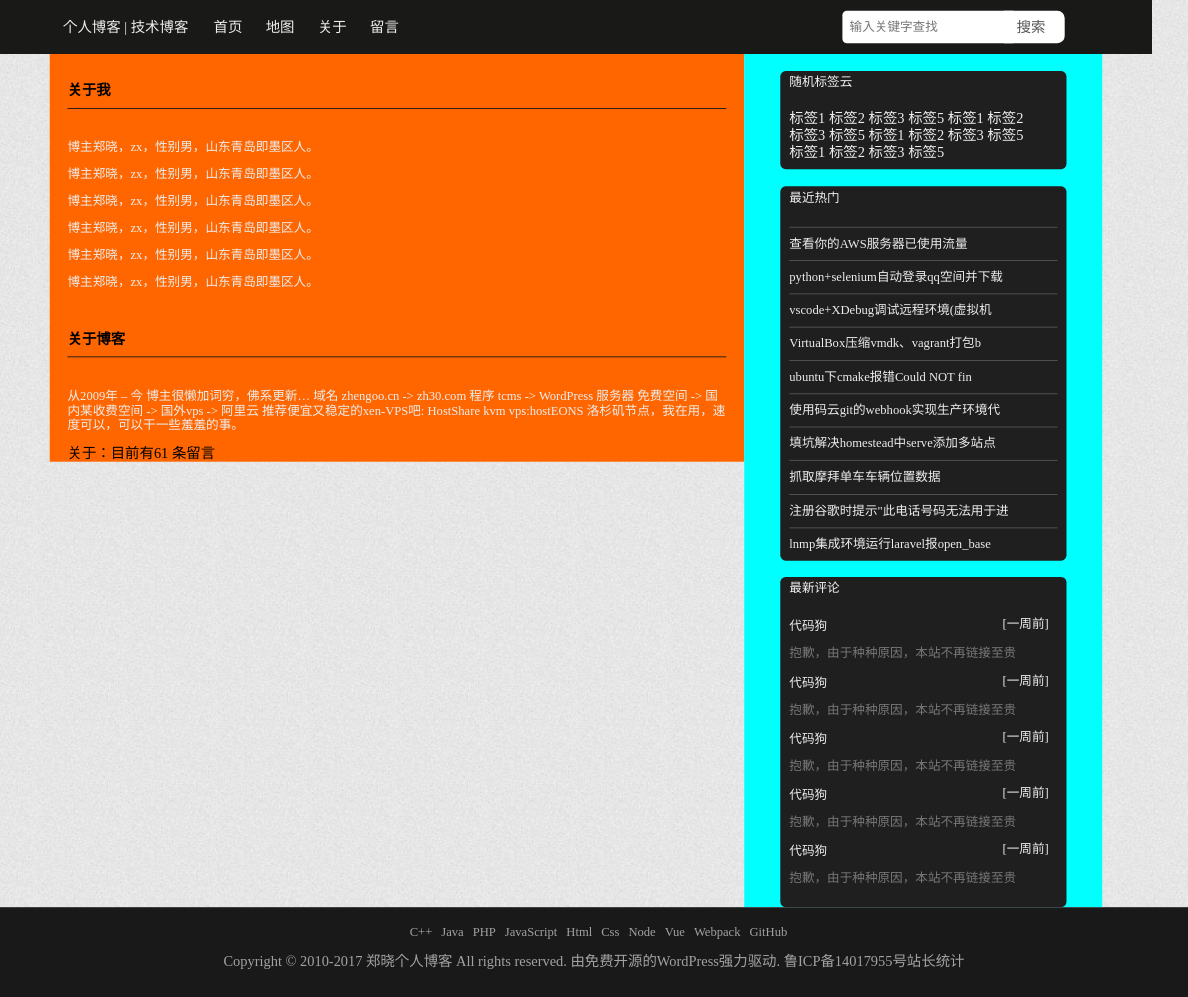
Repository: li1214/my_blog
Page: page/about.html
These files come from the project's save history. The page is drawn as it stood at one moment and after the next save; the edit follows.
The browser window is 1280 px wide. The page is 1320 px wide, so the pictures cover 1320 px, including what lies to the right of the window. The pictures show the whole page, at 90% of full size.

Above is the page before, as saved 2019-01-04 14:18:30.

### page/about.html
<!DOCTYPE html>
<html lang="en">

<head>
    <meta charset="UTF-8" />
    <meta name="viewport" content="width=device-width, initial-scale=1.0" />
    <meta http-equiv="X-UA-Compatible" content="ie=edge" />
    <title>个人博客</title>
    <link href="./css/base.css" rel="stylesheet" type="text/css" />
    <link href="./css/about.css" rel="stylesheet" type="text/css" />
</head>

<body>
    <header>
        <div class="container">
            <a>个人博客 | 技术博客</a>
            <ul>
                <li><a href="">首页</a></li>
                <li><a href="">地图</a></li>
                <li><a href="">关于</a></li>
                <li><a href="">留言</a></li>
            </ul>
            <div class="search">
                <input type="text" placeholder="输入关键字查找" />
                <button>搜索</button>
            </div>
        </div>
    </header>
    <div class="content">
        <div class="content-left">
            <div class='about'>
                <div class='about-me'>
                    <h4>关于我</h4>
                    <p>博主郑晓，zx，性别男，山东青岛即墨区人。</p>
                    <p>博主郑晓，zx，性别男，山东青岛即墨区人。</p>
                    <p>博主郑晓，zx，性别男，山东青岛即墨区人。</p>
                    <p>博主郑晓，zx，性别男，山东青岛即墨区人。</p>
                    <p>博主郑晓，zx，性别男，山东青岛即墨区人。</p>
                    <p>博主郑晓，zx，性别男，山东青岛即墨区人。</p>
                </div>
                <div class='about-blog'>
                    <h4>关于博客</h4>
                    <p>从2009年 – 今
                    博主很懒加词穷，佛系更新…
                    域名 zhengoo.cn -> zh30.com
                    程序 tcms -> WordPress
                    服务器 免费空间 -> 国内某收费空间 -> 国外vps -> 阿里云

                    推荐便宜又稳定的xen-VPS吧: HostShare
                    kvm vps:hostEONS 洛杉矶节点，我在用，速度可以，可以干一些羞羞的事。</p>
                </div>
            </div>
            <div class='liuyan'>
                <span>关于：目前有61 条留言</span>
                <div class='liuyan-item'></div>
            </div>
            <div>
                <form action="">

                </form>
            </div>
        </div>
        <div class="content-right">
            <div class="right-box">
                <h4>随机标签云</h4>
                <div class="contents">
                    <a>标签1</a> <a>标签2</a> <a>标签3</a> <a>标签5</a> <a>标签1</a>
                    <a>标签2</a> <a>标签3</a> <a>标签5</a> <a>标签1</a> <a>标签2</a>
                    <a>标签3</a> <a>标签5</a> <a>标签1</a> <a>标签2</a> <a>标签3</a>
                    <a>标签5</a>
                </div>
            </div>
            <div class="right-box" style="padding-bottom: 0;">
                <h4>最近热门</h4>
                <div class="contents">
                    <ul class="list-group">
                        <li class="list-group-item">
                            <a href="https://www.zh30.com/aws-ec2-cloudwatch.html">查看你的AWS服务器已使用流量</a>
                        </li>
                        <li class="list-group-item">
                            <a href="https://www.zh30.com/python-selenium-qqzone-album.html">python+selenium自动登录qq空间并下载</a>
                        </li>
                        <li class="list-group-item">
                            <a href="https://www.zh30.com/vscode-xdebug-remote-vagrant-php.html">vscode+XDebug调试远程环境(虚拟机</a>
                        </li>
                        <li class="list-group-item">
                            <a href="https://www.zh30.com/virtualbox-vmdk-vagrant-box.html">VirtualBox压缩vmdk、vagrant打包b</a>
                        </li>
                        <li class="list-group-item">
                            <a href="https://www.zh30.com/ubuntu-cmake-could-not-find-boost.html">ubuntu下cmake报错Could
                                NOT fin</a>
                        </li>
                        <li class="list-group-item">
                            <a href="https://www.zh30.com/webhook-git-pull.html">使用码云git的webhook实现生产环境代</a>
                        </li>
                        <li class="list-group-item">
                            <a href="https://www.zh30.com/homestead-serve-add-sites.html">填坑解决homestead中serve添加多站点</a>
                        </li>
                        <li class="list-group-item">
                            <a href="https://www.zh30.com/crawl-mobike-location.html">抓取摩拜单车车辆位置数据</a>
                        </li>
                        <li class="list-group-item">
                            <a href="https://www.zh30.com/google-register-phone-verification.html">注册谷歌时提示"此电话号码无法用于进</a>
                        </li>
                        <li class="list-group-item">
                            <a href="https://www.zh30.com/lnmp-laravel-open_basedir.html">lnmp集成环境运行laravel报open_base</a>
                        </li>
                    </ul>
                </div>
            </div>
            <div class="right-box">
                <h4>最新评论</h4>
                <div class="contents">
                    <div class='item'>
                        <div class='item-title'>
                            <span>代码狗</span>
                            <span class='spanr'>[一周前]</span>
                        </div>
                        <p class='item-comtebt'>
                            抱歉，由于种种原因，本站不再链接至贵
                        </p>
                    </div>
                    <div class='item'>
                        <div class='item-title'>
                            <span>代码狗</span>
                            <span class='spanr'>[一周前]</span>
                        </div>
                        <p class='item-comtebt'>
                            抱歉，由于种种原因，本站不再链接至贵
                        </p>
                    </div>
                    <div class='item'>
                        <div class='item-title'>
                            <span>代码狗</span>
                            <span class='spanr'>[一周前]</span>
                        </div>
                        <p class='item-comtebt'>
                            抱歉，由于种种原因，本站不再链接至贵
                        </p>
                    </div>
                    <div class='item'>
                        <div class='item-title'>
                            <span>代码狗</span>
                            <span class='spanr'>[一周前]</span>
                        </div>
                        <p class='item-comtebt'>
                            抱歉，由于种种原因，本站不再链接至贵
                        </p>
                    </div>
                    <div class='item'>
                        <div class='item-title'>
                            <span>代码狗</span>
                            <span class='spanr'>[一周前]</span>
                        </div>
                        <p class='item-comtebt'>
                            抱歉，由于种种原因，本站不再链接至贵
                        </p>
                    </div>
                </div>
            </div>
        </div>
    </div>
    <footer>
        <ul>
            <li>C++</li>
            <li>Java</li>
            <li>PHP</li>
            <li>JavaScript</li>
            <li>Html</li>
            <li>Css</li>
            <li>Node</li>
            <li>Vue</li>
            <li>Webpack</li>
            <li>GitHub</li>
        </ul>
        <p>Copyright © 2010-2017 郑晓个人博客 All rights reserved. 由免费开源的WordPress强力驱动. 鲁ICP备14017955号站长统计</p>
    </footer>
</body>

</html>

### page/css/base.css
html {line-height: 1.15; /* 1 */-webkit-text-size-adjust: 100%; /* 2 */}
body {margin: 0;}
@font-face{
    font-family: 'myicon';
    src: url('../font/glyphicons-halflings-regular.woff2')
}
ul{padding: 0}
main {
  display: block;
}
h1 {
  font-size: 2em;
  margin: 0.67em 0;
}
hr {
  box-sizing: content-box; /* 1 */
  height: 0; /* 1 */
  overflow: visible; /* 2 */
}
pre {
  font-family: monospace, monospace; /* 1 */
  font-size: 1em; /* 2 */
}
a {
  background-color: transparent;
}
abbr[title] {
  border-bottom: none; /* 1 */
  text-decoration: underline; /* 2 */
  text-decoration: underline dotted; /* 2 */
}
b,
strong {
  font-weight: bolder;
}
code,
kbd,
samp {
  font-family: monospace, monospace; /* 1 */
  font-size: 1em; /* 2 */
}
small {
  font-size: 80%;
}
sub,
sup {
  font-size: 75%;
  line-height: 0;
  position: relative;
  vertical-align: baseline;
}
sub {
  bottom: -0.25em;
}
sup {
  top: -0.5em;
}
img {
  border-style: none;
}
button,
input,
optgroup,
select,
textarea {
  font-family: inherit; /* 1 */
  font-size: 100%; /* 1 */
  line-height: 1.15; /* 1 */
  margin: 0; /* 2 */
}
button,
input { /* 1 */
  overflow: visible;
}
button,
select { /* 1 */
  text-transform: none;
}
button,
[type="button"],
[type="reset"],
[type="submit"] {
  -webkit-appearance: button;
}
button::-moz-focus-inner,
[type="button"]::-moz-focus-inner,
[type="reset"]::-moz-focus-inner,
[type="submit"]::-moz-focus-inner {
  border-style: none;
  padding: 0;
}
button:-moz-focusring,
[type="button"]:-moz-focusring,
[type="reset"]:-moz-focusring,
[type="submit"]:-moz-focusring {
  outline: 1px dotted ButtonText;
}
fieldset {
  padding: 0.35em 0.75em 0.625em;
}
legend {
  box-sizing: border-box; /* 1 */
  color: inherit; /* 2 */
  display: table; /* 1 */
  max-width: 100%; /* 1 */
  padding: 0; /* 3 */
  white-space: normal; /* 1 */
}
progress {
  vertical-align: baseline;
}
textarea {
  overflow: auto;
}

[type="checkbox"],
[type="radio"] {
  box-sizing: border-box; /* 1 */
  padding: 0; /* 2 */
}
[type="number"]::-webkit-inner-spin-button,
[type="number"]::-webkit-outer-spin-button {
  height: auto;
}

[type="search"] {
  -webkit-appearance: textfield; /* 1 */
  outline-offset: -2px; /* 2 */
}

[type="search"]::-webkit-search-decoration {
  -webkit-appearance: none;
}
::-webkit-file-upload-button {
  -webkit-appearance: button; /* 1 */
  font: inherit; /* 2 */
}
details {
  display: block;
}
summary {
  display: list-item;
}
template {
  display: none;
}
[hidden] {
  display: none;
}
a{text-decoration: none;}
/* ========================================================== css reset ========================================================== */

body {
    width: 100%;
    height: 100%;
    background-image: url(../image/bg.jpg);
    background-repeat: repeat;
    overflow-x: hidden;
}

header{
    width: 100%;
    height: 60px;
    background-color: #191918;
}
header .container {
    width:1170px;
    height: 100%;
    margin: 0 auto;
}
header .container>a{
    display: block;
    float: left;
    color: #eee;
    line-height: 60px;
    margin: 0 15px;
    font-size: 16px;
}
header .container>ul{
    float: left;
    margin: 0;
    padding: 0;
}
header .container>ul>li{
    display: inline-block;
    float: left;
}
header .container>ul>li a{
    color: #eee;
    display: inline-block;
    height: 60px;
    width: 58px;
    line-height: 60px;
    text-align: center;
}
header .container .search{
    float: right;
    height: 100%;
    position: relative;
    right: 117px;
}
header .container .search>input{
    display: inline-block;
    position: absolute;
    height: 26px;
    padding: 5px 8px;
    border-radius: 5px;
    border:none;
    outline: none;
    font-size: 14px;
    margin-top: 12px;
    left: -172px;
}
header .container .search > button{
    outline: none;
    display: inline-block;
    position: absolute;
    width: 75px;
    height: 36px;
    padding: 5px 10px;
    border-radius: 8px;
    margin-top: 12px;
    cursor: pointer;
    color: #555;
    background-color: white;
    border: none;
}
/* ============================================================== header end ===================================================================== */
.content {
    width: 1170px;
    margin: 0 auto;
    position: relative;
    overflow: hidden;
}
.content .content-left{
    float: left;
    width: 66%;
    box-sizing: border-box;
    padding: 0 20px;
    background: #f60;
}
.content .content-right{
    float: right;
    width: 34%;
    box-sizing: border-box;
    background-color: aqua;
}
.right-box{
    background-color: #1f1f1f;
    margin-top: 20px;
    width: 80%;
    margin: 0 auto;
    box-sizing: border-box;
    border-radius: 6px;
    padding-bottom: 10px;
}
.right-box>h4 {
    color: #f4f4f4;
    font-weight: normal;
    padding: 5px 10px;
    font-size: 14px;
}
.right-box .contents{
    color: #eee;
    padding: 0 10px 0px 10px;
}
/* .right-box .contents a::after{
    display: block;
    content: '';
    overflow: hidden;
    clear: both;
    position: absolute;
} */
.right-box .contents>a{
    display: inline-block;
}
.right-box .contents li{
    width: 100%;
    list-style: none;
    white-space:nowrap;
    overflow: hidden;
   text-overflow: ellipsis;
    border-top:1px solid #555;
}
.right-box .contents li a{
    font-size: 14px;
    display: inline-block;
    color: #eee;
    padding: 10px 0;
}
.right-box .item .item-title{position: relative;}
.right-box .item .item-title span{display: inline-block;font-size: 14px;font-weight: normal;}
.right-box .item .item-title span.spanr{
    position: absolute;
    right: 10px;
}
.right-box .item > p{color: #777;font-size: 14px;}


/* =====================================================================  footer start ================================================================= */

footer{
    width: 100%;
    height: 60px;
    background: #191919;
    text-align: center;
    padding: 20px;
}
footer ul{
    display: inline-block;
    margin:  0 auto;
    text-align: center;
}
footer ul li{
    display: inline-block;
    color: #a2a2a2;
    float: left;
    font-size: 14px;
    margin-left: 10px;
    cursor: pointer;
    text-align: center;
}
footer p {
    margin-top: 10px;
    color: #a2a2a2;
}

### page/css/about.css
.about-me > h4,.about-blog > h4{
    display: inline-block;
    padding: 10px 0;
    width: 100%;
    border-bottom: 1px solid #191919;
}
.about-me p,.about-blog > p{
    color: #eee;
    font-size: 14px;
}

After the next save:
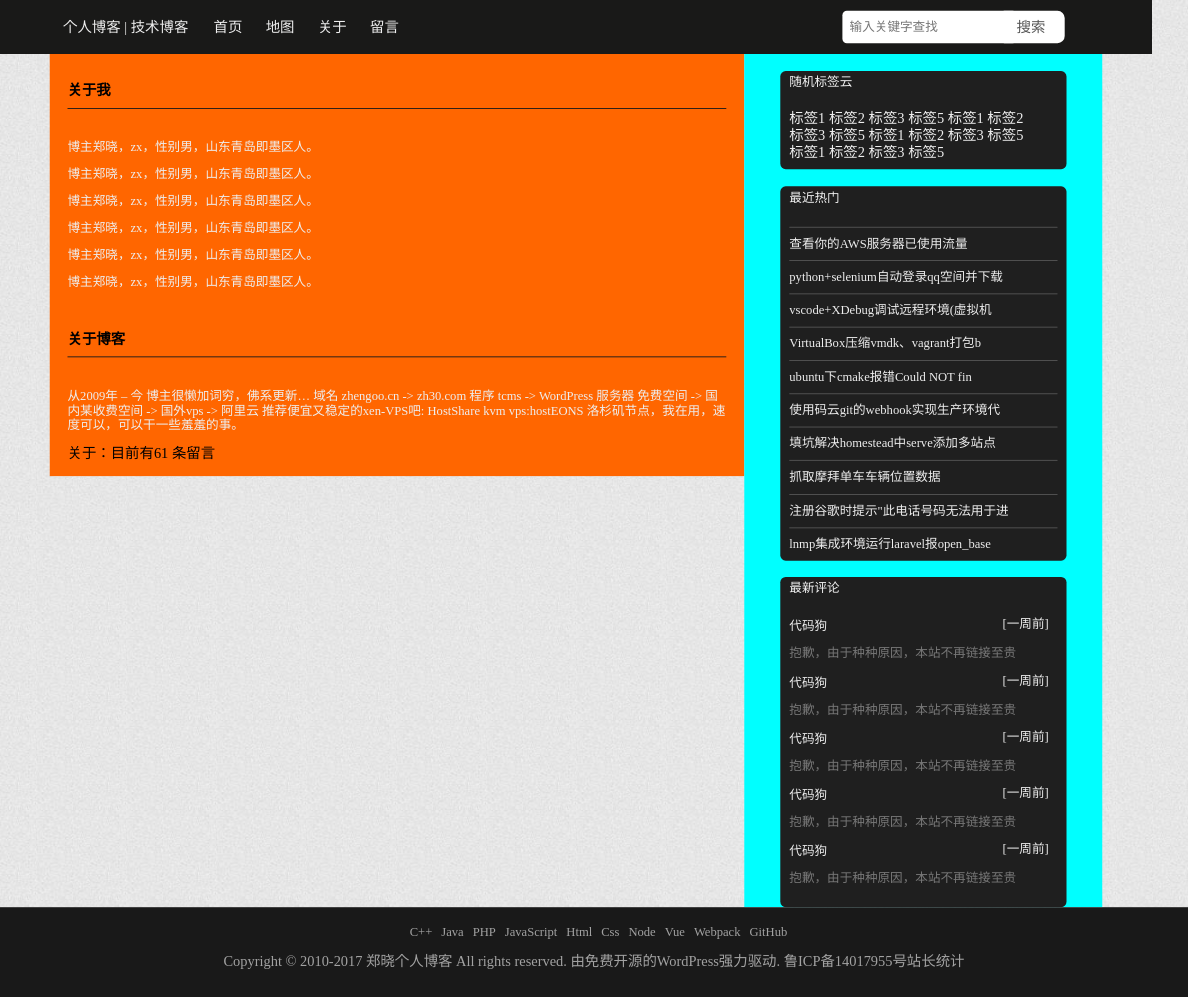
Saved 67 s later.
--- a/page/about.html
+++ b/page/about.html
@@ -52,7 +52,10 @@
             </div>
             <div class='liuyan'>
                 <span>关于：目前有61 条留言</span>
-                <div class='liuyan-item'></div>
+                <div class='liuyan-item'>
+                    <span></span>
+                    <p></p>
+                </div>
             </div>
             <div>
                 <form action="">
